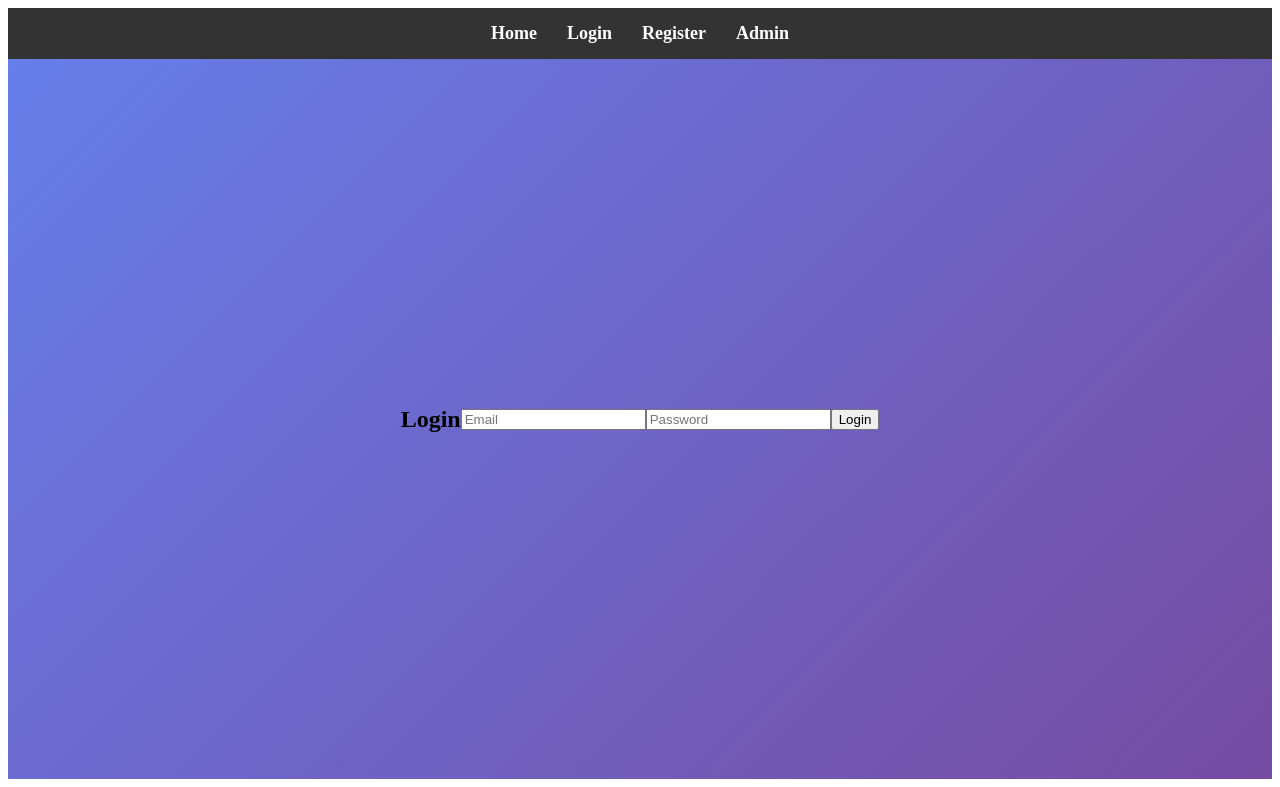
Repository: AhmedIbu/angular-login-app
Page: /login (app in angular-login-app/)
The author's editor kept a copy of each file at every save. The page is drawn from the files as they stood at one save, then again after the next save.
The browser window is 1280 px wide. The pictures show the whole page.
The project was rebuilt for these pictures with package versions that can differ from the ones it lists, and the page was loaded fresh each time. Also part of the build but not shown: angular-login-app/angular.json, angular-login-app/src/app/home/home.component.ts, angular-login-app/src/app/register/register.component.ts, angular-login-app/src/app/services/user.service.ts, angular-login-app/src/app/admin-dashboard/admin-dashboard.component.ts, angular-login-app/src/app/admin-login/admin-login.component.ts, angular-login-app/src/app/user-dashboard/user-dashboard.component.ts.

Above is the page before, as saved 2025-02-21 11:13:10.

### angular-login-app/src/index.html
<!doctype html>
<html lang="en">
<head>
  <meta charset="utf-8">
  <title>AngularLoginApp</title>
  <base href="/">
  <meta name="viewport" content="width=device-width, initial-scale=1">
  <link rel="icon" type="image/x-icon" href="favicon.ico">
</head>
<body>
  <app-root></app-root>
</body>
</html>

### angular-login-app/src/styles.css
/*  app components css   */

/* Style the navigation bar */
.navbar {
  background: #333;
  padding: 15px;
  text-align: center;
}

/* Style the list */
.nav-list {
  list-style: none;
  padding: 0;
  margin: 0;
  display: flex;
  justify-content: center;
}

/* Style the navigation links */
.nav-list li {
  margin: 0 15px;
}

.nav-link {
  text-decoration: none;
  color: white;
  font-size: 18px;
  font-weight: bold;
  transition: color 0.3s ease-in-out;
}

/* Hover effect */
.nav-link:hover {
  color: #00c8ff;
}

/* Responsive design */
@media (max-width: 600px) {
  .nav-list {
    flex-direction: column;
  }

  .nav-list li {
    margin-bottom: 10px;
  }
}

### angular-login-app/src/main.ts
import { bootstrapApplication } from '@angular/platform-browser';
import { appConfig } from './app/app.config';
import { AppComponent } from './app/app.component';
import { provideHttpClient } from '@angular/common/http';

bootstrapApplication(AppComponent, {
  ...appConfig, // ✅ Spread existing config
  providers: [
    ...appConfig.providers, // ✅ Keep existing providers
    provideHttpClient() // ✅ Ensure HTTP client is provided
  ]
}).catch(err => console.error(err));

### angular-login-app/src/app/app.config.ts
import { ApplicationConfig } from '@angular/core';
import { provideRouter, Routes } from '@angular/router';
import { provideHttpClient } from '@angular/common/http';

// ✅ Import standalone components
import { HomeComponent } from './home/home.component';
import { LoginComponent } from './login/login.component';
import { RegisterComponent } from './register/register.component';
import { AdminDashboardComponent } from './admin-dashboard/admin-dashboard.component';
import { AdminLoginComponent } from './admin-login/admin-login.component';
import { UserDashboardComponent } from './user-dashboard/user-dashboard.component';

// ✅ Define routes
const routes: Routes = [
  { path: '', component: HomeComponent}, // Default route
  { path: 'login', component: LoginComponent },
  { path: 'register', component: RegisterComponent },
  { path: 'admin-login', component: AdminLoginComponent },
  { path: 'user-dashboard', component: UserDashboardComponent },
  { path: 'admin-dashboard', component: AdminDashboardComponent },
  { path: '**', redirectTo: 'user-dashboard' } // Catch-all for unknown routes
];

export const appConfig: ApplicationConfig = {
  providers: [
    provideRouter(routes),
    provideHttpClient()
  ]
};

### angular-login-app/src/app/app.component.ts
import { Component } from '@angular/core';
import { RouterModule } from '@angular/router';

@Component({
  selector: 'app-root',
  standalone: true,
  imports: [RouterModule],
  templateUrl: './app.component.html',
  styleUrls: ['./app.component.css','../styles.css']
})
export class AppComponent { }

### angular-login-app/src/app/login/login.component.ts
import { Component, OnInit } from '@angular/core';
import { Router } from '@angular/router';
import { AuthService } from '../services/auth.service';
import { CommonModule } from '@angular/common';
import { FormGroup, FormBuilder, ReactiveFormsModule, Validators } from '@angular/forms';

@Component({
  selector: 'app-login',
  standalone: true,
  templateUrl: './login.component.html',
  styleUrls: ['./login.component.css'],
  imports: [CommonModule, ReactiveFormsModule]
})
export class LoginComponent implements OnInit {

  loginForm!: FormGroup;
  errorMessage = '';
  loading = false;  // ✅ Added loading state

  constructor(
    private fb: FormBuilder,
    private authService: AuthService,
    private router: Router
  ) {}

  ngOnInit() {
    // ✅ Initialize the login form with validation
    this.loginForm = this.fb.group({
      email: ['', [Validators.required, Validators.email]],  // Email validation
      password: ['', [Validators.required, Validators.minLength(4)]]  // Password min length: 6
    });
  }

  onLogin() {
    if (this.loginForm.invalid) {
      this.loginForm.markAllAsTouched(); // ✅ Highlight invalid fields
      return;
    }

    this.loading = true;
    this.errorMessage = '';

    const loginData = this.loginForm.value;
    console.log('📨 Sending Login Data:', loginData);

    this.authService.login(loginData).subscribe({
      next: (response: any) => {
        console.log('✅ Login Successful:', response);
        alert('Login successful!');
        this.router.navigate(['/dashboard']);
      },
      error: (error) => {
        console.error('🔥 API Error:', error);
        this.errorMessage = error.error?.message || 'Login failed. Try again.';
        alert(this.errorMessage);
      },
      complete: () => {
        this.loading = false;
      }
    });
  }
}

### angular-login-app/src/app/app.component.html
<nav class="navbar">
  <ul class="nav-list">
    <li><a routerLink="/" class="nav-link">Home</a></li>
    <li><a routerLink="/login" class="nav-link">Login</a></li>
    <li><a routerLink="/register" class="nav-link">Register</a></li>
    <li><a routerLink="/admin-login" class="nav-link">Admin</a></li>
  </ul>
</nav>

<router-outlet></router-outlet>

### angular-login-app/src/app/login/login.component.html
<div class="login-container">
<div class=""></div>
<h2>Login</h2>
<form [formGroup]="loginForm" (ngSubmit)="onLogin()">
  <input type="email" formControlName="email" placeholder="Email" required />
  <input type="password" formControlName="password" placeholder="Password" required />
  <button type="submit" >Login</button>
</form>
</div>
<p *ngIf="errorMessage" style="color: red;">{{ errorMessage }}</p>

### angular-login-app/src/app/login/login.component.css
/* Centering the login form */
.login-container {
    display: flex;
    justify-content: center;
    align-items: center;
    height: 100vh;
    background: linear-gradient(135deg, #667eea, #764ba2);
  }

  /* Glassmorphism effect for form */
  .login-box {
    background: rgba(255, 255, 255, 0.1);
    backdrop-filter: blur(10px);
    border-radius: 12px;
    padding: 30px;
    box-shadow: 0 4px 6px rgba(0, 0, 0, 0.1);
    width: 300px;
    text-align: center;
    color: #fff;
  }

  /* Styling form elements */
  .login-box h2 {
    margin-bottom: 20px;
    font-size: 24px;
    font-weight: bold;
  }

  .login-box input {
    width: 100%;
    padding: 10px;
    margin: 10px 0;
    border: none;
    border-radius: 5px;
    font-size: 16px;
  }

  /* Login button styles */
  .login-btn {
    background: #ff7eb3;
    color: white;
    border: none;
    padding: 10px;
    font-size: 18px;
    width: 100%;
    border-radius: 5px;
    cursor: pointer;
    transition: 0.3s;
  }

  .login-btn:hover {
    background: #ff4a85;
    transform: scale(1.05);
  }

### angular-login-app/src/app/services/auth.service.ts
import { Injectable } from '@angular/core';
import { HttpClient, HttpHeaders } from '@angular/common/http';
import { Observable, BehaviorSubject, of } from 'rxjs';
import { map, catchError, tap } from 'rxjs/operators';

@Injectable({
  providedIn: 'root'
})
export class AuthService {
  private apiUrl = 'http://127.0.0.1:5000'; // ✅ Flask API URL
  private isAuthenticated = new BehaviorSubject<boolean>(this.hasToken());

  constructor(private http: HttpClient) {}

  // ✅ Regular User Login (API)
  login(credentials: { email: string; password: string }): Observable<{ success: boolean; token?: string; isAdmin?: boolean }> {
    const headers = new HttpHeaders({ 'Content-Type': 'application/json' });

    return this.http.post<{ token: string; isAdmin: boolean }>(`${this.apiUrl}/login`, credentials, { headers }).pipe(
      tap(response => console.log('✅ User Login API Response:', response)), // ✅ Log API response
      map(response => {
        if (response.token) {
          this.saveToken(response.token);
          localStorage.setItem('isAdmin', JSON.stringify(response.isAdmin));
          return { success: true, token: response.token, isAdmin: response.isAdmin };
        }
        return { success: false };
      }),
      catchError(error => {
        console.error('❌ Login Error:', error);
        return of({ success: false });
      })
    );
  }

  // ✅ Admin Login (API Call)
  adminLogin(email: string, password: string): Observable<{ success: boolean; token?: string }> {
    const headers = new HttpHeaders({ 'Content-Type': 'application/json' });

    return this.http.post<{ success: boolean; token?: string }>(`${this.apiUrl}/admin-login`, { email, password }, { headers }).pipe(
      tap(response => console.log('✅ Admin Login API Response:', response)), // ✅ Log API response
      map(response => {
        if (response.success && response.token) {
          this.saveToken(response.token);
          localStorage.setItem('admin', 'true'); // ✅ Save admin status
          return { success: true, token: response.token };
        }
        return { success: false };
      }),
      catchError(error => {
        console.error('❌ Admin Login Error:', error);
        return of({ success: false });
      })
    );
  }

  // ✅ Save Token
  saveToken(token: string) {
    localStorage.setItem('token', token);
    this.isAuthenticated.next(true);
  }

  // ✅ Retrieve Token
  getToken(): string | null {
    return localStorage.getItem('token');
  }

  // ✅ Check if Token Exists
  hasToken(): boolean {
    return !!localStorage.getItem('token');
  }

  // ✅ Check if Admin is Logged In
  isAdmin(): boolean {
    return localStorage.getItem('admin') === 'true' && this.hasToken();
  }

  // ✅ User Registration
  register(userData: any): Observable<any> {
    return this.http.post(`${this.apiUrl}/register`, userData).pipe(
      tap(response => {
        console.log('✅ Registration successful', response);
        alert('Registration successful! You can now log in.');
      }),
      catchError(error => {
        console.error('❌ Registration failed', error);
        alert('Registration failed. Try again.');
        return of(null);
      })
    );
  }

  // ✅ Logout & Clear Everything
  logout() {
    localStorage.removeItem('token');
    localStorage.removeItem('admin');
    this.isAuthenticated.next(false);
    window.location.reload(); // 🔹 Force refresh to clear session issues
  }

  // ✅ Observe Auth Status (for Guards)
  isAuthenticated$(): Observable<boolean> {
    return this.isAuthenticated.asObservable();
  }
}

Loaded but not shown: angular-login-app/src/app/app.component.css (no stored copy; drawn as an empty file)

After the next save:
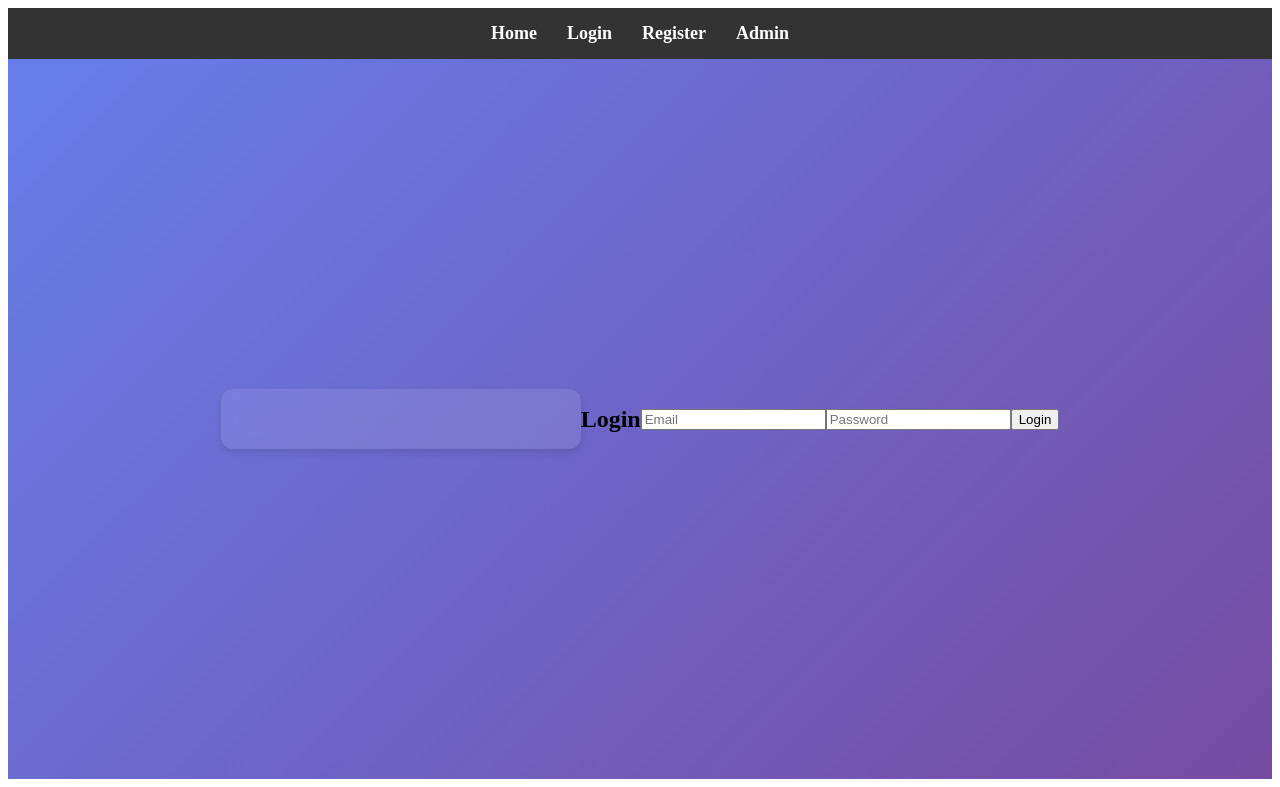
Saved 4 s later.
--- a/angular-login-app/src/app/login/login.component.html
+++ b/angular-login-app/src/app/login/login.component.html
@@ -1,5 +1,5 @@
 <div class="login-container">
-<div class=""></div>
+<div class="login-box"></div>
 <h2>Login</h2>
 <form [formGroup]="loginForm" (ngSubmit)="onLogin()">
   <input type="email" formControlName="email" placeholder="Email" required />
